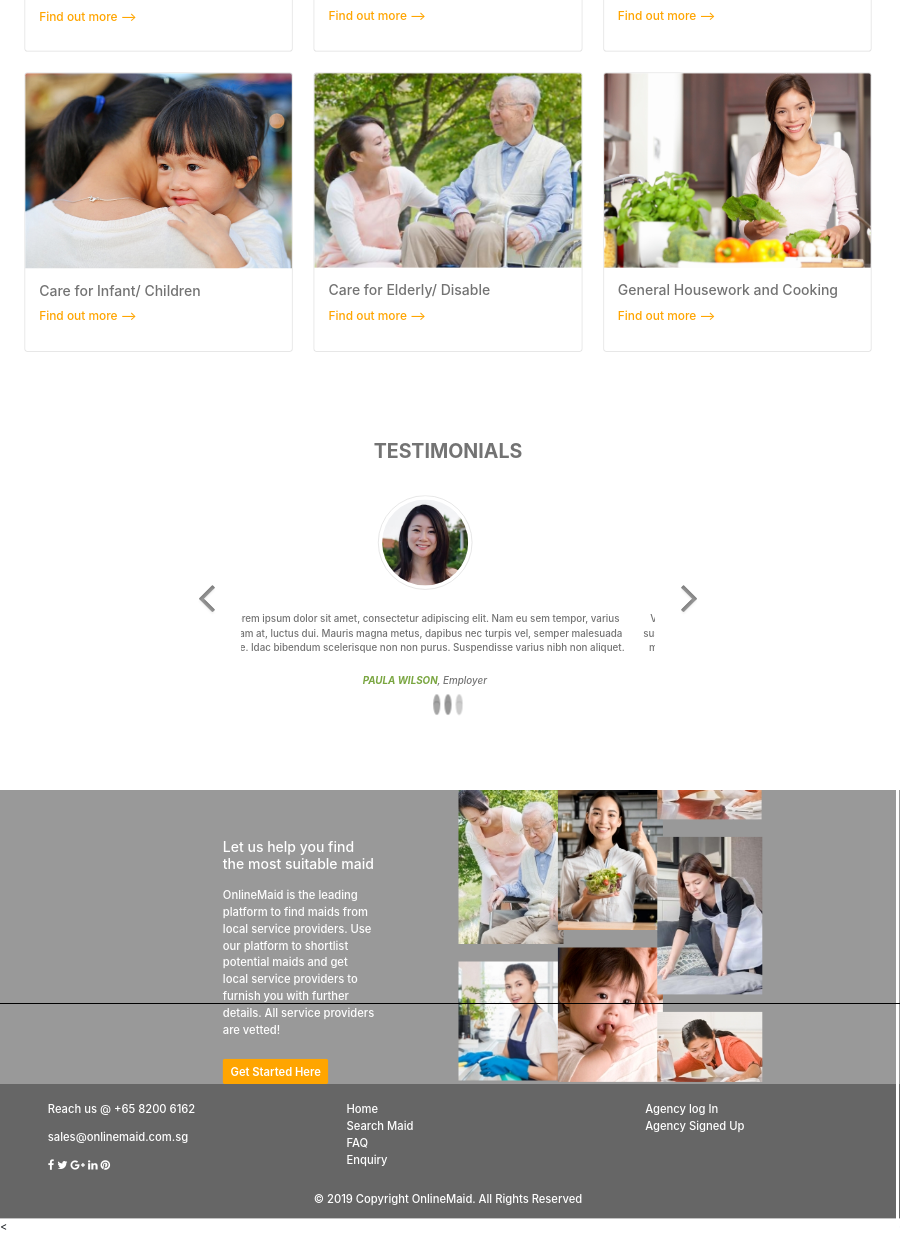
Repository: Code-Institute-Submissions/Project-1---Online-Maid
Page: testimonial.html
The author's editor kept a record of every edit. The page is drawn from the files as they stood at one moment, then again after the next edit.
The browser window is 1280 px wide. The page is 1285 px wide, so the pictures cover 1285 px, including what lies to the right of the window. The pictures show the part of the page from y = 1471 to 3351 px (the page is 3236 px tall before and 3351 px after), at 70% of full size.
Some web libraries are served in a nearby version.

Above is the page before.

### testimonial.html
<!DOCTYPE html>
<html lang="en">
<head>
    <meta charset="UTF-8">
    <meta name="viewport" content="width=device-width, initial-scale=1.0">
    <meta http-equiv="X-UA-Compatible" content="ie=edge">
    <link href="https://fonts.googleapis.com/css?family=Roboto:400,700|Open+Sans" rel="stylesheet">
    <link rel="stylesheet" href="https://stackpath.bootstrapcdn.com/bootstrap/4.3.1/css/bootstrap.min.css" type="text/css" />
    <link rel="stylesheet" href="https://stackpath.bootstrapcdn.com/font-awesome/4.7.0/css/font-awesome.min.css" type="text/css" />
    <link rel="stylesheet" href="https://cdnjs.cloudflare.com/ajax/libs/hover.css/2.1.1/css/hover-min.css" type="text/css" />
    <link rel="stylesheet" href="style.css" type="text/css" />
    <title>Online Maid</title>
</head>

<body>

<header>
  <nav class="navbar navbar-expand-lg navbar-light bg-white">
  <a class="navbar-brand" href="#"><img id="logo" class="pl-4 img-fluid d-md-block" src="images/logo.jpg" alt=""></a>
  <button class="navbar-toggler" type="button" data-toggle="collapse" data-target="#navbarSupportedContent" aria-controls="navbarSupportedContent" aria-expanded="false" aria-label="Toggle navigation">
    <span class="navbar-toggler-icon"></span>
  </button>

  <div class="collapse navbar-collapse" id="navbarSupportedContent">
    <ul class="navbar-nav mr-auto">
      <li class="nav-item active">
        <a class="nav-link" href="index.html">Home</a>
      </li>
      <li class="nav-item">
        <a class="nav-link" href="searchMaid.html">Search Maid</a>
      </li>
      <li class="nav-item">
        <a class="nav-link" href="faq.html">FAQ</a>
      </li>
      <li class="nav-item">
        <a class="nav-link" href="enquiry.html">Enquiry</a>
      </li>
    </ul>
  </div>
</nav>
</header>

<article>
  <section>
  <div class="jumbotron">
      <h1 class= "maids-portal">The No 1 Singapore Maid Portal</h1>
      <p class= "getStarted">More than 8000 maids for you to choose<br>Start your search now!</br></p>

      <div class="form-row">
      <div class = "col"></div>

      <div class="nationality col-md-2 px-0">
        <select id="inputState" class="form-control">
        <option selected>Nationality</option>
        <option>Filipino</option>
        <option>Indonesian</option>
        <option>Indian</option>
        <option>Myanmarese</option>
        <option>Others</option>
        <option>No Preference</option>
        </select>
      </div>
      <div class="type-of-maid col-md-2 px-0">
        <select id="inputState" class="form-control">
        <option selected>Type of Maid</option>
        <option>New</option>
        <option>Transfer</option>
        <option>Experience</option>
        <option>No Preference</option>
        </select>
      </div>
      <div class="main-responsibility col-md-2 px-0">
        <select id="inputState" class="form-control">
        <option selected>Main Responsibility</option>
        <option>Cooking </option>
        <option>Care for children</option>
        <option>Care for elderly</option>
        <option>Care for disabled</option>
        <option>General housework</option>
        <option>No Preference</option>
        </select>
      </div>
      <button type="button" class="btn">Search</button>

      <div class = "col"></div>
  </div>
  </div>
  </section>

  <section>
    <h3 class="section-header">STEPS</h3>
    <p class="steps-line">Create a shortlisted of potential maids and get the agencies to contact you directly</p>

    <div class="card-deck four-steps-container ">
      <div class="card">
        <div class="card-body steps-box">
          <p class="card-title steps-box-content">STEP 1</p>
          <p class="card-text steps-box-content">Browse maids based on your criteria</p>
          <i class="steps-box-content fa fa-search fa-5x"></i>
        </div>
      </div>

      <div class="card">
        <div class="card-body steps-box">
          <P class="card-title steps-box-content">STEP 2</P>
          <p class="card-text steps-box-content">Add potential hire to your shortlisted list</p>
          <i class="steps-box-content fa fa-search-plus fa-5x"></i>
        </div>
      </div>

      <div class="card">
        <div class="card-body steps-box">
          <p class="card-title steps-box-content">STEP 3</p>
          <p class="card-text steps-box-content">Send enquries to potential hire agencies</p>
          <i class="steps-box-content fa fa-envelope fa-5x"></i>
        </div>
      </div>

      <div class="card">
        <div class="card-body steps-box">
          <p class="card-title steps-box-content">STEP 4</p>
          <p class="card-text steps-box-content">Respective agencies will contact you</p>
          <i class="steps-box-content fa fa-phone-square fa-5x"></i>
        </div>
      </div>
    </div>
  </section>

  <section>
    <h3 class="section-header">PREFERENCE</h3>

    <div class="card-deck six-choices">
      <div class="card maid-experience">
        <a href="searchMaid.html">
          <img class="card-img-top" src="images/preference/partTime1.jpg" alt="Card image cap">
          <div class="card-body">
          <h5 class="card-title">Part Time Maid</h5>
          <p class="find-out-more">Find out more --></p>
        </div>
        </a>
      </div>

      <div class="card maid-experience">
        <a href="searchMaid.html">
          <img class="card-img-top" src="images/preference/fullTime1.jpg" alt="Card image cap">
          <div class="card-body maid-experience">
            <h5 class="card-title">Full Time Maid</h5>
            <p class="find-out-more">Find out more --></p>
          </div>
        </a>
      </div>

      <div class="card maid-experience">
        <a href="searchMaid.html">
        <img class="card-img-top" src="images/preference/confinement.jpg" alt="Card image cap">
        <div class="card-body maid-experience">
          <h5 class="card-title">Confinement Nanny</h5>
          <p class="find-out-more">Find out more --></p>
        </div>
        </a>
      </div>
    </div>

    <div class="card-deck six-choices">
      <div class="card maid-experience">
        <a href="searchMaid.html">
        <img class="card-img-top" src="images/preference/childrenCare1.jpg" alt="Card image cap">
        <div class="card-body maid-experience">
          <h5 class="card-title">Care for Infant/ Children</h5>
          <p class="find-out-more">Find out more --></p>
        </div>
        </a>
      </div>

      <div class="card maid-experience">
        <a href="searchMaid.html">
        <img class="card-img-top" src="images/preference/elderlyCare1.jpg" alt="Card image cap">
        <div class="card-body maid-experience">
          <h5 class="card-title">Care for Elderly/ Disable</h5>
          <p class="find-out-more">Find out more --></p>
        </div>
        </a>
      </div>

      <div class="card maid-experience">
        <a href="searchMaid.html">
        <img class="card-img-top" src="images/preference/cooking1.jpg" alt="Card image cap">
        <div class="card-body maid-experience">
          <h5 class="card-title">General Housework and Cooking</h5>
          <p class="find-out-more">Find out more --></p>
        </div>
        </a>
      </div>
    </div>

  </section>

  <section>
   <div class="container">
	<div class="row">
		<div class="col-md-8 col-center m-auto">
			<h3 class=section-header testimonial>TESTIMONIALS</h3>
			<div id="myCarousel" class="carousel slide" data-ride="carousel">
				<!-- Carousel indicators -->
				<ol class="carousel-indicators">
					<li data-target="#myCarousel" data-slide-to="0" class="active"></li>
					<li data-target="#myCarousel" data-slide-to="1"></li>
					<li data-target="#myCarousel" data-slide-to="2"></li>
				</ol>
				<!-- testimonial text -->
				<div class="carousel-inner">
					<div class="item carousel-item active">
						<div class="img-box"><img src="images/testimonial/T1a.jpg" alt=""></div>
						<p class="testimonial">Lorem ipsum dolor sit amet, consectetur adipiscing elit. Nam eu sem tempor, varius quam at, luctus dui. Mauris magna metus, dapibus nec turpis vel, semper malesuada ante. Idac bibendum scelerisque non non purus. Suspendisse varius nibh non aliquet.</p>
						<p class="overview"><b>Paula Wilson</b>, Employer</p>
					</div>
					<div class="item carousel-item">
						<div class="img-box"><img src="images/testimonial/T2a.jpg" alt=""></div>
						<p class="testimonial">Vestibulum quis quam ut magna consequat faucibus. Pellentesque eget nisi a mi suscipit tincidunt. Utmtc tempus dictum risus. Pellentesque viverra sagittis quam at mattis. Suspendisse potenti. Aliquam sit amet gravida nibh, facilisis gravida odio.</p>
						<p class="overview"><b>Antonio Moreno</b>, Employer</p>
					</div>
					<div class="item carousel-item">
						<div class="img-box"><img src="images/testimonial/T3a.jpg" alt=""></div>
						<p class="testimonial">Phasellus vitae suscipit justo. Mauris pharetra feugiat ante id lacinia. Etiam faucibus mauris id tempor egestas. Duis luctus turpis at accumsan tincidunt. Phasellus risus risus, volutpat vel tellus ac, tincidunt fringilla massa. Etiam hendrerit dolor eget rutrum.</p>
						<p class="overview"><b>Michael Holz</b>, Employer</p>
					</div>
				</div>
				<!-- Carousel controls -->
				<a class="carousel-control left carousel-control-prev" href="#myCarousel" data-slide="prev">
					<i class="fa fa-angle-left"></i>
				</a>
				<a class="carousel-control right carousel-control-next" href="#myCarousel" data-slide="next">
					<i class="fa fa-angle-right"></i>
				</a>
			</div>
		</div>
	</div>
</div>
  </section>

  <section>
  <div class="row enquiry-container">
    <div class="col-2 enquiry-box-1"></div>

    <div class="col-4 enquiry-box-2">
      <h5 class ="enquiry-header">Let us help you find the most suitable maid</h5>
      <p class ="enquiry-content">OnlineMaid is the leading platform to find maids from local service providers.  Use our platform to shortlist potential maids and get local service providers to furnish you with further details. All service providers are vetted!</p>
      <button type="button" class="btn enquiry-btn">Get Started Here</button>
    </div>

    <div class="col-4 enquiry-box-3">
      <div class="row picture-container">

        <div class="col-4 picture-col-1">
          <img class="card-img-top-1" src="images/enquiry/1a.jpg" alt="Card image cap">
          <img class="card-img-top-2" src="images/enquiry/2a.jpg" alt="Card image cap">
        </div>

        <div class="col-4 picture-col-2">
          <img class="card-img-top-3" src="images/enquiry/3a.jpg" alt="Card image cap">
          <img class="card-img-top-4" src="images/enquiry/4a.jpg" alt="Card image cap">
        </div>

        <div class="col-4 picture-col-3">
          <img class="card-img-top-5" src="images/enquiry/5a.jpg" alt="Card image cap">
          <img class="card-img-top-6" src="images/enquiry/6a.jpg" alt="Card image cap">
          <img class="card-img-top-7" src="images/enquiry/7a.jpg" alt="Card image cap">
        </div>
      </div>
  </div>

    <div class="col-2 enquiry-box-4"></div>
  </div>
  </section>
</article>


<footer class="page-footer font-small footer-style pt-4">
  <div class="container-fluid text-center text-md-left">
    <div class="row d-flex justify-content-around">

      <div class=" footer-left col-md-3 mt-md-0 mt-3">
        <p class="footer-content">Reach us @ +65 8200 6162</p>
        <p class= "footer-content">sales@onlinemaid.com.sg</p>

        <!-- social -->
        <a href="#" class="social so1 fa fa-facebook"></a>
        <a href="#" class="social fa fa-twitter"></a>
        <a href="#" class="social fa fa-google-plus"></a>
        <a href="#" class="social fa fa-linkedin"></a>
        <a href="#" class="social fa fa-pinterest"></a>
      </div>

      <div class="col-md-3 mb-md-0 mb-3">
        <ul class="list-unstyled">
          <li>
            <a href="index.html">Home</a>
          </li>
          <li>
            <a href="searchMaid.html">Search Maid</a>
          </li>
          <li>
            <a href="faq.html">FAQ</a>
          </li>
          <li>
            <a href="enquiry.html">Enquiry</a>
          </li>
        </ul>
      </div>

      <div class="col-md-3 mb-md-0 mb-3">
        <ul class="list-unstyled">
          <li>
            <a href="searchMaid.html">Agency log In</a>
          </li>
          <li>
            <a href="searchMaid.html">Agency Signed Up</a>
          </li>
        </ul>
      </div>

    </div>
  </div>

  <div class="footer-copyright text-center py-3">© 2019 Copyright OnlineMaid.  All Rights Reserved</div>
</footer>



<
    <script src="https://code.jquery.com/jquery-3.3.1.slim.min.js" integrity="sha384-q8i/X+965DzO0rT7abK41JStQIAqVgRVzpbzo5smXKp4YfRvH+8abtTE1Pi6jizo" crossorigin="anonymous"></script>
    <script src="https://cdnjs.cloudflare.com/ajax/libs/popper.js/1.14.7/umd/popper.min.js" integrity="sha384-UO2eT0CpHqdSJQ6hJty5KVphtPhzWj9WO1clHTMGa3JDZwrnQq4sF86dIHNDz0W1" crossorigin="anonymous"></script>
    <script src="https://stackpath.bootstrapcdn.com/bootstrap/4.3.1/js/bootstrap.min.js" integrity="sha384-JjSmVgyd0p3pXB1rRibZUAYoIIy6OrQ6VrjIEaFf/nJGzIxFDsf4x0xIM+B07jRM" crossorigin="anonymous"></script>
</body>
</html>

### style.css
/*@import url('https://fonts.googleapis.com/css?family=Roboto:100,200,300,400,500,600,700|Exo:100,200,300,400,500,600,700');*/

/*overall*/
*{
    padding: 0;
    margin: 0;
    box-sizing: border-box;
    color: #737373;
    font-weight: 500;
}



/*header*/
#logo {
    height: 50px;
    max-width:100%;
}

.active{
     font-size: 25px;
}

.nav-item{
    padding: 0px 20px;
    font-weight:600;
    font-size: 18px;

}

.nav-link {
        color: #0571bb !important;
}

.active .nav-link {
   color: #234c7a !important;
   font-weight: bold;
}

/*footer*/
.footer-style{
    background: #666666;
}


.footer-content,
.social,
.footer-copyright,
.list-unstyled a {
    color: white;
}


.footer-left a:hover,
.list-unstyled a:hover {
   color:orange;
}


.list-unstyled a {
   text-decoration: none;
}



/*Section 1-jumbotron*/
.jumbotron {
    background-image: url("images/banner.jpg");
    background-size: cover;
    color: white;
    padding : 120px 0px;
    /*margin-bottom: 10px;*/
     }

.maids-portal,
.getStarted{
   text-align: center;
    font-weight: 600;
    color: white;
}


.getStarted{
    font-size: 20px;
}


.form-row {
    padding: 50px 0px 0px 0px;
}


.form-control {
    color: #737373;
    font-weight: 500;
}


.btn {
    background-color: #666666;
    color: white;
    padding: 0px 20px;
    font-weight: 600;
}


.btn:hover {
    color: orange;
}



/*section 2 - 4 Steps*/
.section-header{
    text-align: center;
    margin: 100px 0px 10px 0px ;
    line-height: 25px;
    font-weight: 700;
    position: relative;
}


.steps-line{
    text-align: center;
    /*margin: 20px;*/
    padding: 0px;
    line-height: 25px;
    font-size: 18px;
}


.four-steps-container {
    margin: 50px 200px 100px 200px;
}


.steps-box {
    background-color: orange;
    text-align: center;
    font-weight: 500;
    color: white;
}


.steps-box-content {
    color: white;
}


.i{
    font-size: 100px;
}



/*index.html section 3*/
.six-choices {
   margin: 30px 20px 30px 20px;
}


.maid-experience a:hover{
    text-decoration: none;
}


.maid-experience p {
    color: orange;
    font-size: 17px;
}



/*section 4 - enquiry-box*/
.enquiry-container {
    min-height: 350px;
    background-color: #999999;
    color: white;
    margin: 80px 0px 0px;
    padding: 0px;
}


.enquiry-header {
    margin: 70px 90px 20px ;
    color: white;
}


.enquiry-content {
 font-size: 16px;
 margin: 0 90px 10px;
 color: white;
}


.enquiry-btn{
    background: orange;
    color: white;
    padding: 5px 10px;
    margin: 20px 90px 0px;
    font-weight: 600
}


.enquiry-btn:hover{
    color: #595959;
}


.card-img-top-1,
.card-img-top-3,
.card-img-top-5,
.card-img-top-6{
    padding: 0px;
    margin: 0px 0px 25px 0px;
    border: none;
}



/*searchMaid Jumbotron*/

.searchMaid-jumbotron {
   background-image: url("images/banner.jpg");
    background-size: cover;
    color: white;
    padding : 20px 0px 20px 50px;
    margin-bottom: 30px;
     }


.searchMaid-header{
    color: white;
}


.filter {
    margin: 10px 20px 20px 0px;
    padding: 0px;
    color: #737373;
}


.filter-dropdown-box{
    height: 50px;
}


.bio-container {
    margin: 70px 0px 0px 0px;
}


.maid-name{
    font-size: 20px;
    font-weight: 700;
}


.small-label{
    font-size:13px;
    margin: 7px 0px;
}

.big-label{
    margin: 0px;
    padding: 0px;
}

.name-and-country,
.age-marital-status,
.maid-type,
.agency-name{
   padding: 0px 0px 5px 10px;
   margin: 0px 10px 2px;
   border-bottom-color: #e6e6e6;
   border-top:none;
}


.bio-btn{
    padding: 7px 0px;
    margin: 5px 10px;
    border: 0px;
    background: orange;
    font-weight: 600
}


.bio-btn:hover{
    color: #595959;
}


.pagination-margin{
    margin: 50px 0px 0px;
}


/*section 5 - testimonial*/
.carousel {
	margin: 50px auto;
	padding: 0 70px;
}

.carousel .item {
	color: #999;
	font-size: 14px;
    text-align: center;
	overflow: hidden;
    min-height: 290px;
}
.carousel .item .img-box {
	width: 135px;
	height: 135px;
	margin: 0 auto;
	padding: 5px;
	border: 1px solid #ddd;
	border-radius: 50%;
}
.carousel .img-box img {
	width: 100%;
	height: 100%;
	display: block;
	border-radius: 50%;
}
.carousel .testimonial {
	padding: 30px 0 10px;
}
.carousel .overview {
	font-style: italic;
}
.carousel .overview b {
	text-transform: uppercase;
	color: #7AA641;
}
.carousel .carousel-control {
	width: 40px;
    height: 40px;
    margin-top: -20px;
    top: 50%;
	background: none;
}
.carousel-control i {
    font-size: 68px;
	line-height: 42px;
    position: absolute;
    display: inline-block;
	color: rgba(0, 0, 0, 0.8);
    text-shadow: 0 3px 3px #e6e6e6, 0 0 0 #000;
}
.carousel .carousel-indicators {
	bottom: -40px;
}


.carousel-indicators li, .carousel-indicators li.active {
	width: 10px;
	height: 10px;
	margin: 1px 3px;
	border-radius: 50%;
}


.carousel-indicators li {
	background: #999;
	border-color: transparent;
	box-shadow: inset 0 2px 1px rgba(0,0,0,0.2);
}


.carousel-indicators li.active {
	background: #555;
	box-shadow: inset 0 2px 1px rgba(0,0,0,0.2);
}

After the next edit:
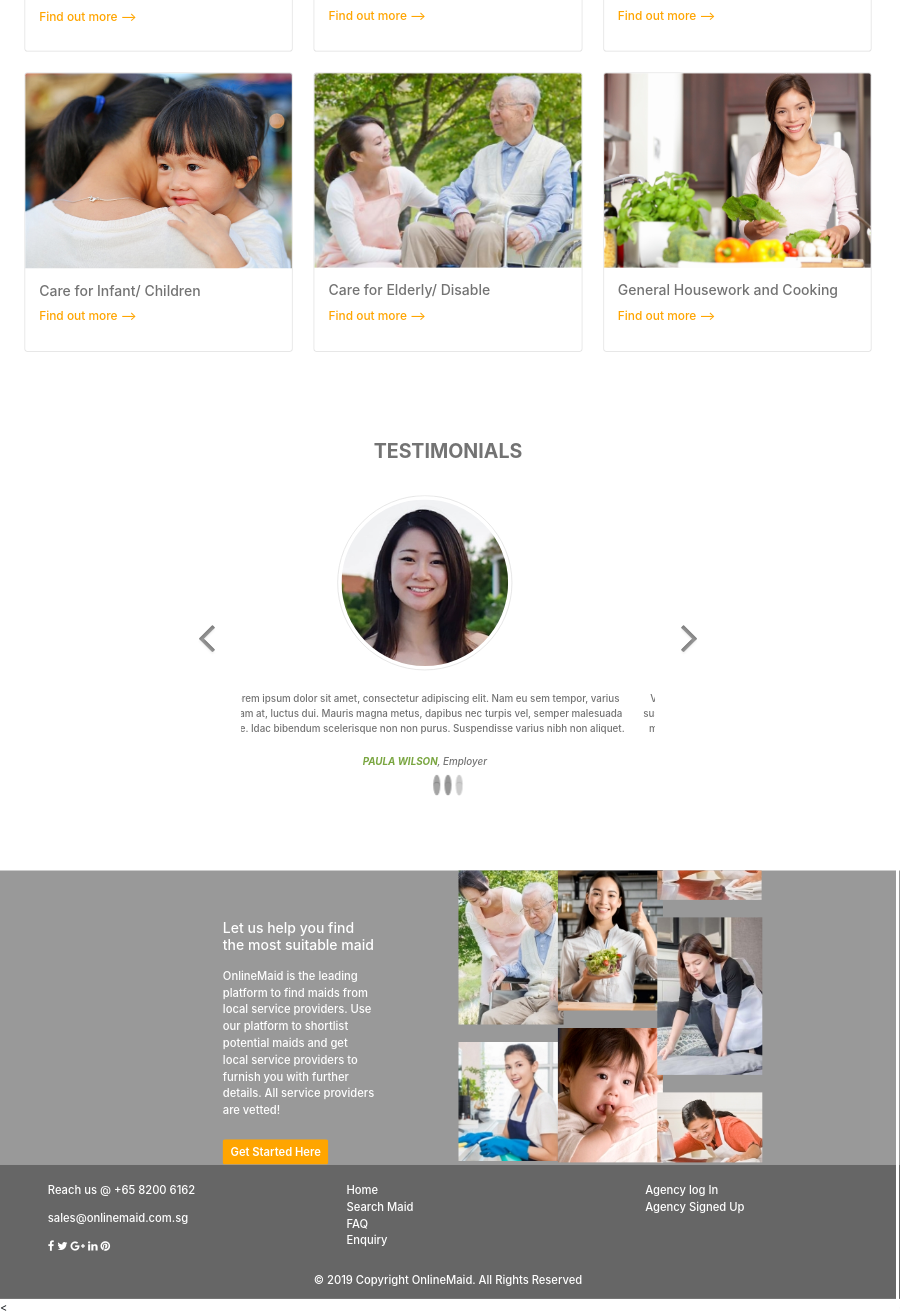
The edit:
--- a/style.css
+++ b/style.css
@@ -312,8 +312,8 @@
     min-height: 290px;
 }
 .carousel .item .img-box {
-	width: 135px;
-	height: 135px;
+	width: 250px;
+	height: 250px;
 	margin: 0 auto;
 	padding: 5px;
 	border: 1px solid #ddd;
